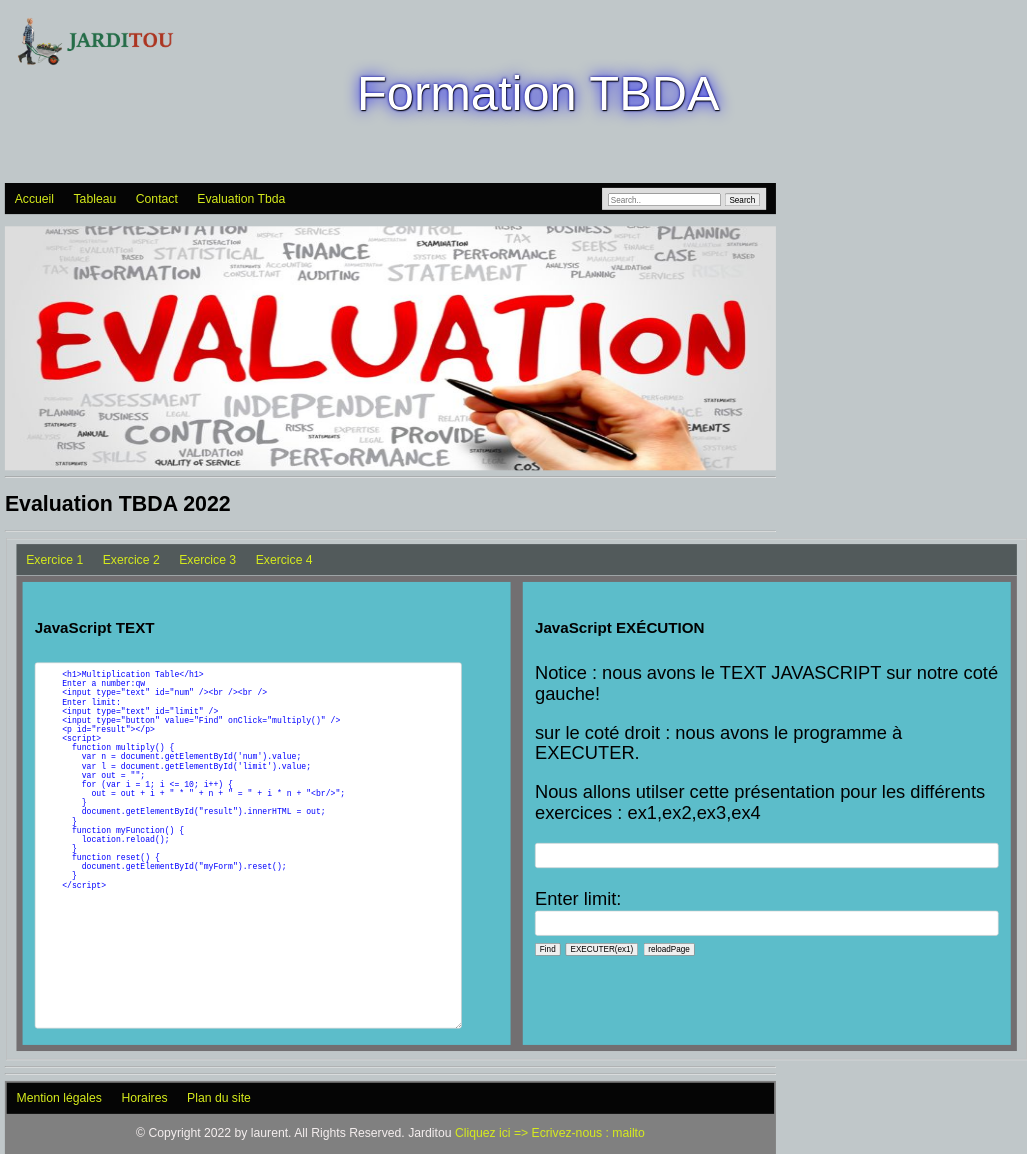
Repository: laurentbul/jarditou
Page: javascript/EvaluationTbda/evaluation_tbda.html
These files come from the project's save history. The page is drawn as it stood at one moment and after the next save; the edit follows.
The browser window is 1280 px wide. The page is 1684 px wide, so the pictures cover 1684 px, including what lies to the right of the window. The pictures show the whole page, at 61% of full size.

Above is the page before, as saved 2022-12-15 04:26:27.

After the next save:
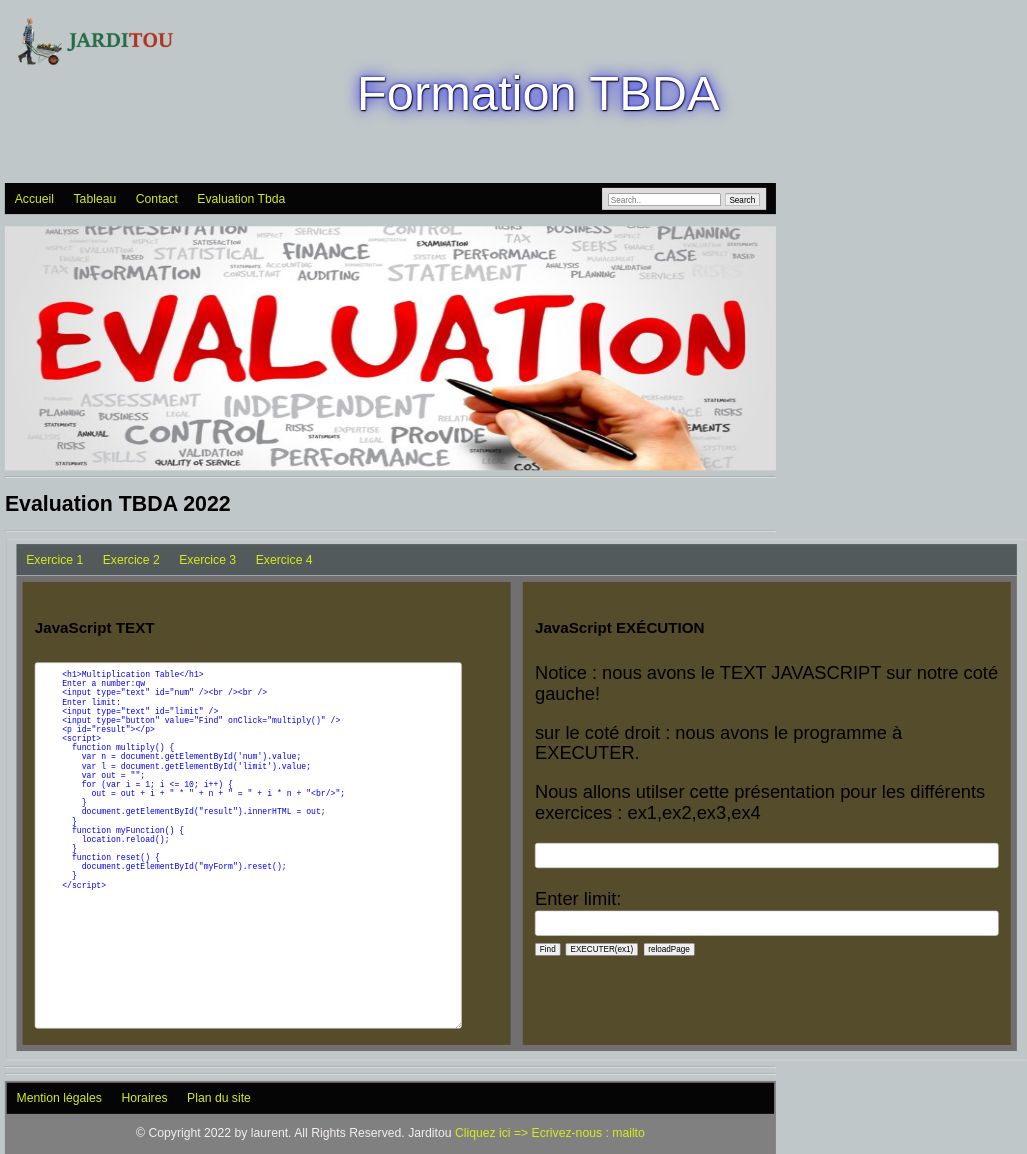
Saved 4 min 52 s later.
--- a/javascript/EvaluationTbda/evaluation_tbda.html
+++ b/javascript/EvaluationTbda/evaluation_tbda.html
@@ -16,7 +16,7 @@
     }
 
     .flex-container2>div {
-      background-color: #5cbdca;
+      background-color: #554c2c;
       margin: 10px;
       padding: 20px;
       font-size: 30px;
